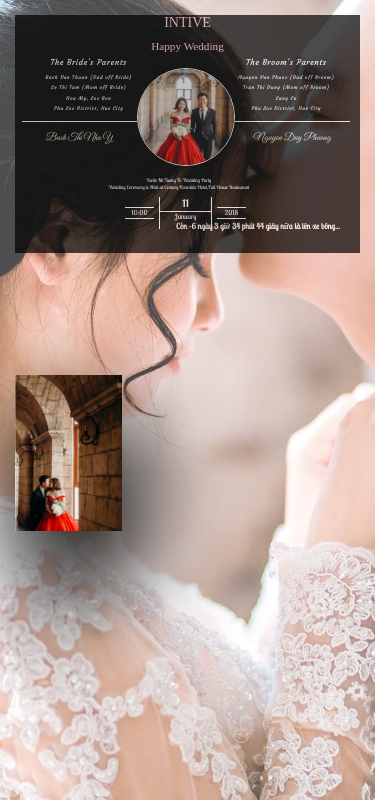
Repository: nguyenhuutuong999/WeddingOfSister
Page: wedding.html
These files come from the project's save history. The page is drawn as it stood at one moment and after a run of saves; the edit follows.
The browser window is 375 px wide. The pictures show the whole page.
Some web fonts or font styles are not loaded; a fallback is used.

Above is the page before, as saved 2019-09-16 20:58:34.

After the next 2 saves:
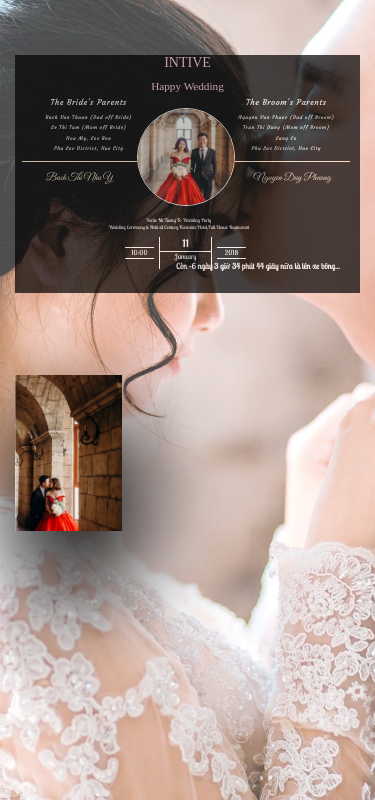
The 2 saves are shown as one change because they came seconds apart.
The last was saved 14 s later.
--- a/style.css
+++ b/style.css
@@ -190,7 +190,7 @@
         position: relative;
     }
     #invite{
-        margin-top: 15px;
+        margin-top: 55px;
         font-size: 1em;
     }
     #happy{

After the save that followed:
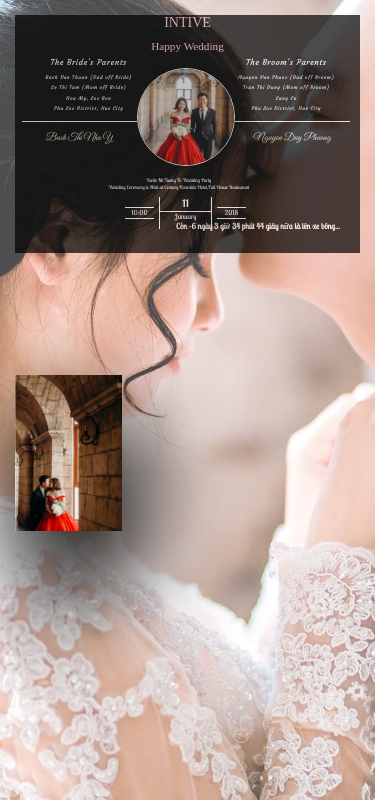
Saved 10 s later.
--- a/style.css
+++ b/style.css
@@ -190,7 +190,7 @@
         position: relative;
     }
     #invite{
-        margin-top: 55px;
+        margin-top: 5px;
         font-size: 1em;
     }
     #happy{
